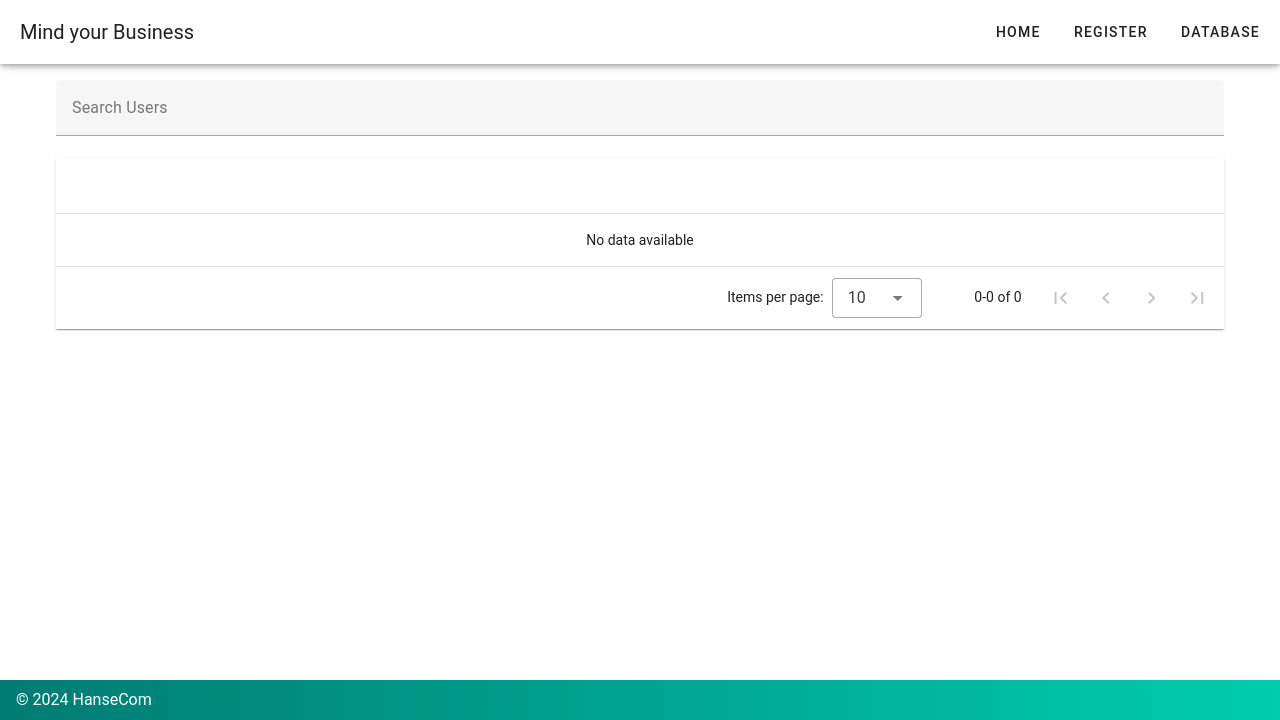
Repository: rubenmatias08/frontend-code-challenge
Page: /database (app in frontend/)
The author's editor kept a copy of each file at every save. The page is drawn from the files as they stood at one save, then again after the next save.
The browser window is 1280 px wide. The pictures show the whole page.
The page's requests for data from a server got no answer. The project was rebuilt for these pictures with package versions that can differ from the ones it lists, and the page was loaded fresh each time. No one was signed in, and anything a server would have sent is missing. Also part of the build but not shown: frontend/vue.config.js, frontend/src/views/Home.vue, frontend/src/views/Register.vue.

Above is the page before, as saved 2024-10-07 13:15:45.

### frontend/src/App.vue
<template>
  <v-app>
    <v-app-bar app>
      <v-toolbar-title>Mind your Business</v-toolbar-title>
      <v-spacer></v-spacer>
      <v-btn text @click="$router.push('/')">Home</v-btn>
      <v-btn text @click="$router.push('/register')">Register</v-btn>
      <v-btn text @click="$router.push('/database')">Database</v-btn>
    </v-app-bar>

    <v-main>
      <router-view />
    </v-main>

    <v-footer app>
      <span class="white--text">© 2024 HanseCom</span>
    </v-footer>
  </v-app>
</template>

<script>
export default {
  name: 'App',
}
</script>

<style scoped>
.v-app-bar {
  background: linear-gradient(to right,#02AABD, #00CDAC);
  color: #ffffff;
}

.v-footer {
  background: linear-gradient(to right, #007B74, #00CDAC);
  color: #ffffff;
}
</style>

### frontend/src/router/index.js
import { createRouter, createWebHistory } from 'vue-router'
import Home from '../views/Home.vue'
import Register from '../views/Register.vue'
import Database from '../views/Database.vue'

const routes = [
  {
    path: '/',
    name: 'Home',
    component: Home
  },
  {
    path: '/register',
    name: 'Register',
    component: Register
  },
  {
    path: '/database',
    name: 'Database',
    component: Database
  }
]

const router = createRouter({
  history: createWebHistory(process.env.BASE_URL),
  routes
})

export default router

### frontend/src/plugins/vuetify.js
import '@mdi/font/css/materialdesignicons.css'
import 'vuetify/styles'
import { createVuetify } from 'vuetify'

export default createVuetify()

### frontend/src/plugins/webfontloader.js
export async function loadFonts () {
  const webFontLoader = await import('webfontloader')

  webFontLoader.load({
    google: {
      families: ['Roboto:100,300,400,500,700,900&display=swap'],
    },
  })
}

### frontend/src/views/Database.vue
<template>
  <v-container>
    <v-text-field v-model="searchQuery" label="Search Users" @input="searchUsers"></v-text-field>
    <v-data-table :headers="headers" :items="filteredUsers" item-value="id" class="elevation-1">
      <template v-slot:item.actions="{ item }">
        <v-btn icon @click="editUser(item)">
          <v-icon>mdi-pencil</v-icon>
        </v-btn>
        <v-btn icon @click="deleteUser(item)">
          <v-icon>mdi-delete</v-icon>
        </v-btn>
      </template>
    </v-data-table>

    <v-dialog v-model="dialog" persistent max-width="600px">
      <v-card>
        <v-card-title>
          <span class="headline">Edit User</span>
        </v-card-title>
        <v-card-text>
          <v-text-field v-model="editedUser.fullName" label="Name"></v-text-field>
          <v-text-field v-model="editedUser.email" label="Email"></v-text-field>
          <v-text-field v-model="editedOrder" label="Order"></v-text-field>
        </v-card-text>
        <v-card-actions>
          <v-spacer></v-spacer>
          <v-btn color="blue darken-1" text @click="closeDialog">Cancel</v-btn>
          <v-btn color="blue darken-1" text @click="saveUser">Save</v-btn>
        </v-card-actions>
      </v-card>
    </v-dialog>
  </v-container>
</template>

<script>
import { UserService } from '@/services/UserService';

export default {
  data() {
    return {
      dialog: false,
      users: [],
      filteredUsers: [],
      editedUser: {},
      editedOrder: '',
      searchQuery: '',
      headers: [
        { text: 'ID', value: 'id' },
        { text: 'Name', value: 'fullName' },
        { text: 'Email', value: 'email' },
        { text: 'Orders', value: 'orders' },
        { text: 'Actions', value: 'actions', sortable: false }
      ]
    };
  },
  mounted() {
    this.fetchUsers();
  },
  methods: {
    async fetchUsers() {
      const response = await UserService.fetchUsers();
      this.users = response.map(user => ({
        ...user,
        orders: user.orders || 'No Orders' // Ensure orders are displayed
      }));
      this.filteredUsers = this.users;
    },
    searchUsers() {
      this.filteredUsers = this.users.filter(user =>
        user.fullName.toLowerCase().includes(this.searchQuery.toLowerCase()) ||
        user.email.toLowerCase().includes(this.searchQuery.toLowerCase())
      );
    },
    editUser(user) {
      this.editedUser = { ...user };
      this.editedOrder = user.orders || '';
      this.dialog = true;
    },
    closeDialog() {
      this.dialog = false;
    },
    async saveUser() {
      await UserService.updateUser(this.editedUser.id, {
        fullName: this.editedUser.fullName,
        email: this.editedUser.email,
      });
      await UserService.updateOrder(this.editedUser.id, {
        order: this.editedOrder,
      });
      this.dialog = false;
      this.fetchUsers();
    },
    async deleteUser(user) {
      await UserService.deleteUser(user.id);
      this.fetchUsers();
    }
  }
};
</script>

<style scoped>
v-container {
  background-color: #f5f5f5;
  padding: 20px;
}

.v-data-table-header th {
  background-color: #2196F3;
  color: white;
}

.v-dialog .v-card {
  background-color: #fff;
}
</style>

### frontend/src/services/UserService.js
const API_URL = 'http://localhost:3333/users';

export const UserService = {
  async fetchUsers() {
    const response = await fetch(API_URL);
    return response.json();
  },

  async createUser(user) {
    const response = await fetch(API_URL, {
      method: 'POST',
      headers: {
        'Content-Type': 'application/json',
      },
      body: JSON.stringify(user),
    });
    return response.json();
  },

  async updateUser(userId, user) {
    const response = await fetch(`${API_URL}/${userId}`, {
      method: 'PUT',
      headers: {
        'Content-Type': 'application/json',
      },
      body: JSON.stringify(user),
    });
    return response.json();
  },

  async deleteUser(userId) {
    await fetch(`${API_URL}/${userId}`, {
      method: 'DELETE',
    });
  },

  async fetchOrders(userId) {
    const response = await fetch(`${API_URL}/${userId}/orders`);
    return response.json();
  },

  async updateOrder(userId, order) {
    const response = await fetch(`${API_URL}/${userId}/orders`, {
      method: 'PUT',
      headers: {
        'Content-Type': 'application/json',
      },
      body: JSON.stringify(order),
    });
    return response.json();
  },

  async deleteOrder(userId, orderId) {
    await fetch(`${API_URL}/${userId}/orders/${orderId}`, {
      method: 'DELETE',
    });
  }
};

Loaded but not shown: frontend/public/index.html (common file); frontend/src/main.js (common file)

After the next save:
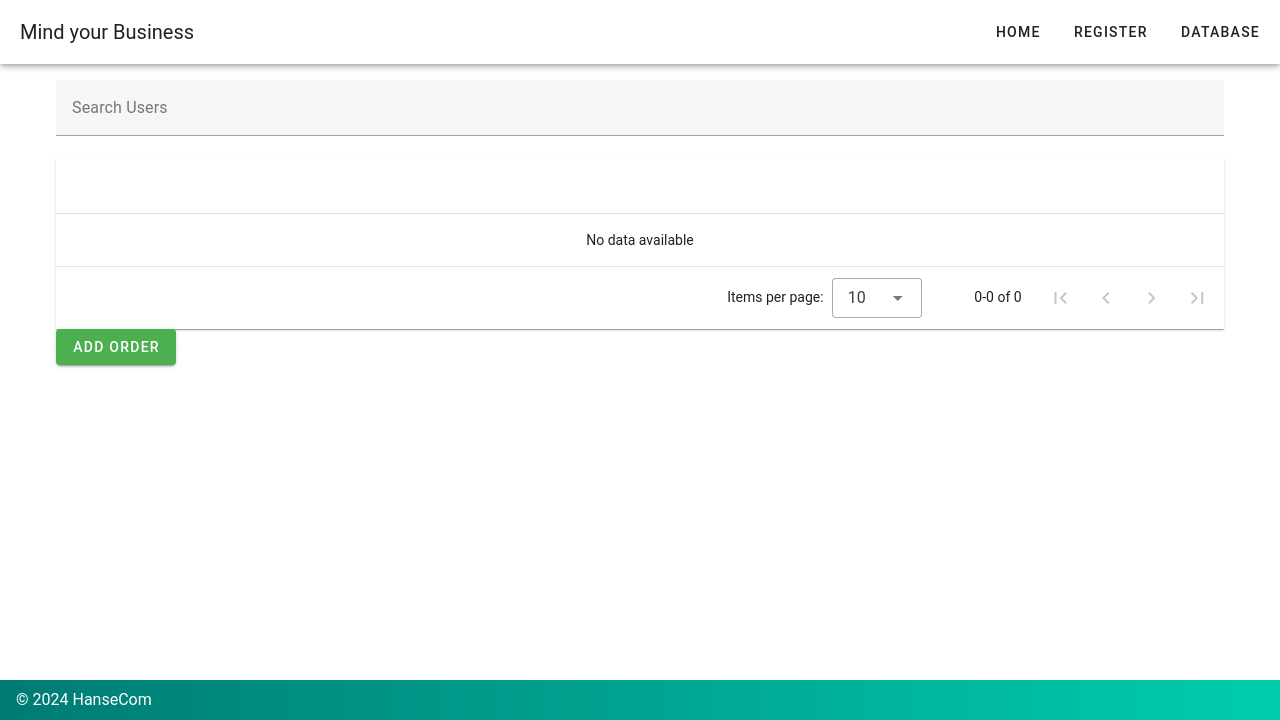
Saved 2 min 5 s later.
--- a/frontend/src/views/Database.vue
+++ b/frontend/src/views/Database.vue
@@ -2,6 +2,9 @@
   <v-container>
     <v-text-field v-model="searchQuery" label="Search Users" @input="searchUsers"></v-text-field>
     <v-data-table :headers="headers" :items="filteredUsers" item-value="id" class="elevation-1">
+      <template v-slot:item.orders="{ item }">
+        <span>{{ item.orders.join(', ') }}</span>
+      </template>
       <template v-slot:item.actions="{ item }">
         <v-btn icon @click="editUser(item)">
           <v-icon>mdi-pencil</v-icon>
@@ -29,6 +32,8 @@
         </v-card-actions>
       </v-card>
     </v-dialog>
+
+    <v-btn color="green" @click="addOrder">Add Order</v-btn>
   </v-container>
 </template>
 
@@ -59,11 +64,8 @@
   methods: {
     async fetchUsers() {
       const response = await UserService.fetchUsers();
-      this.users = response.map(user => ({
-        ...user,
-        orders: user.orders || 'No Orders' // Ensure orders are displayed
-      }));
-      this.filteredUsers = this.users;
+      this.users = response;
+      this.filteredUsers = response;
     },
     searchUsers() {
       this.filteredUsers = this.users.filter(user =>
@@ -93,6 +95,12 @@
     async deleteUser(user) {
       await UserService.deleteUser(user.id);
       this.fetchUsers();
+    },
+    async addOrder() {
+      // Add logic to create a new order and associate it with the user
+      const orderData = { order: this.editedOrder };
+      await UserService.addOrderToUser(this.editedUser.id, orderData);
+      this.fetchUsers(); // Refresh the user list after adding the order
     }
   }
 };

After the save that followed:
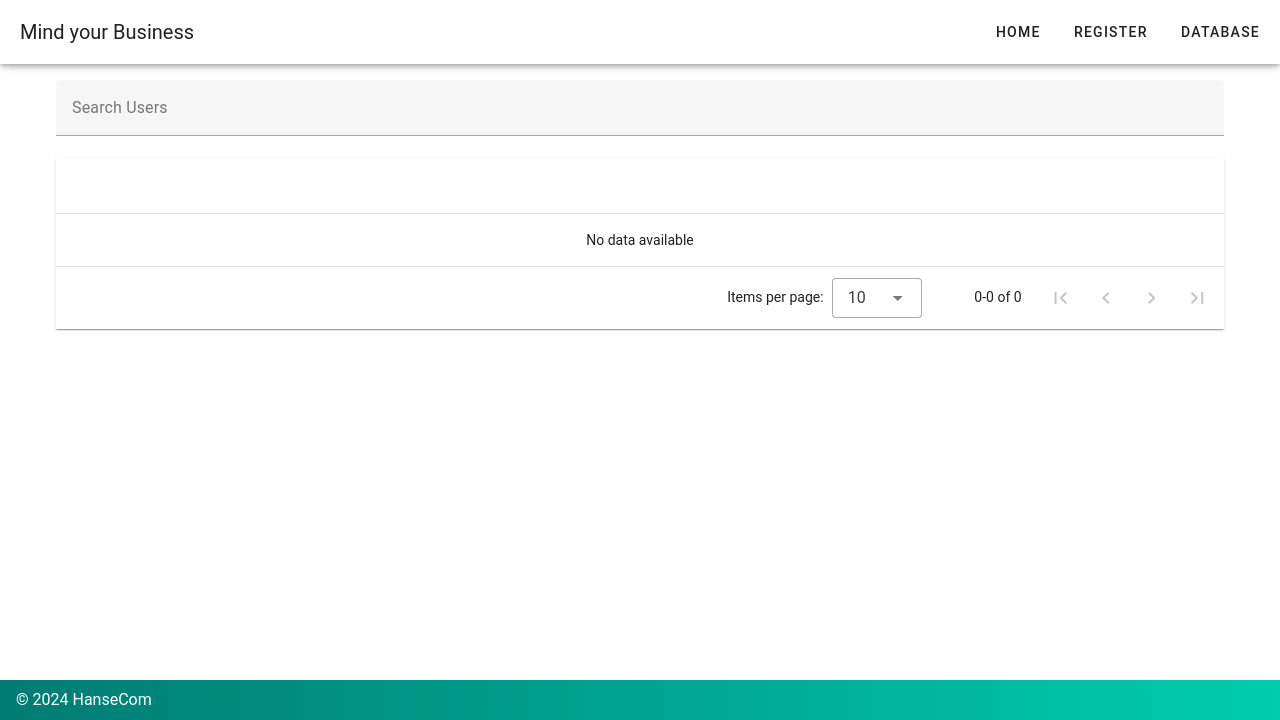
Saved 39 s later.
--- a/frontend/src/views/Database.vue
+++ b/frontend/src/views/Database.vue
@@ -2,9 +2,6 @@
   <v-container>
     <v-text-field v-model="searchQuery" label="Search Users" @input="searchUsers"></v-text-field>
     <v-data-table :headers="headers" :items="filteredUsers" item-value="id" class="elevation-1">
-      <template v-slot:item.orders="{ item }">
-        <span>{{ item.orders.join(', ') }}</span>
-      </template>
       <template v-slot:item.actions="{ item }">
         <v-btn icon @click="editUser(item)">
           <v-icon>mdi-pencil</v-icon>
@@ -32,8 +29,6 @@
         </v-card-actions>
       </v-card>
     </v-dialog>
-
-    <v-btn color="green" @click="addOrder">Add Order</v-btn>
   </v-container>
 </template>
 
@@ -64,8 +59,11 @@
   methods: {
     async fetchUsers() {
       const response = await UserService.fetchUsers();
-      this.users = response;
-      this.filteredUsers = response;
+      this.users = response.map(user => ({
+        ...user,
+        orders: user.orders || 'No Orders' // Ensure orders are displayed
+      }));
+      this.filteredUsers = this.users;
     },
     searchUsers() {
       this.filteredUsers = this.users.filter(user =>
@@ -95,12 +93,6 @@
     async deleteUser(user) {
       await UserService.deleteUser(user.id);
       this.fetchUsers();
-    },
-    async addOrder() {
-      // Add logic to create a new order and associate it with the user
-      const orderData = { order: this.editedOrder };
-      await UserService.addOrderToUser(this.editedUser.id, orderData);
-      this.fetchUsers(); // Refresh the user list after adding the order
     }
   }
 };
